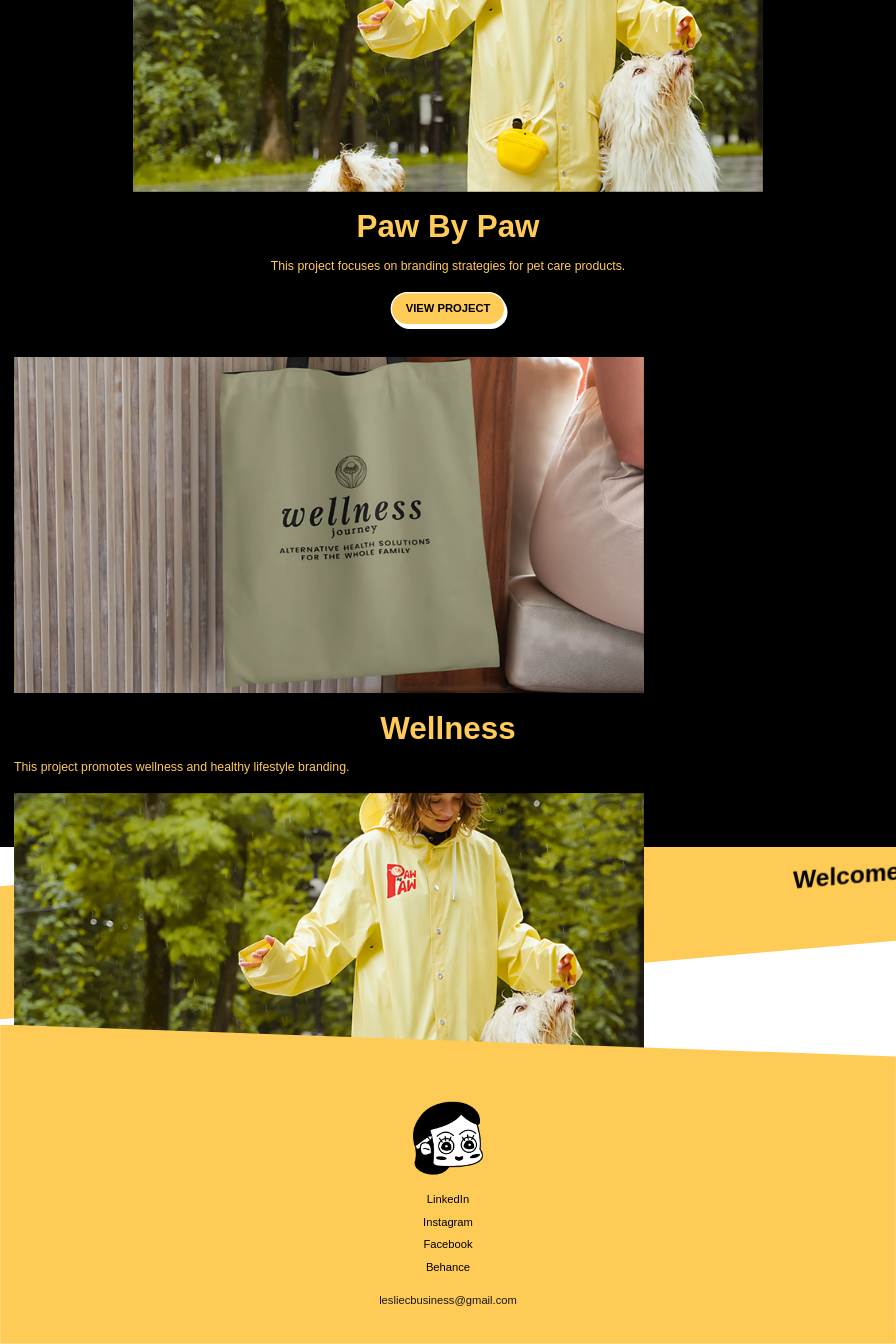
Repository: leslie179/portfolio-new
Page: /
The author's editor kept a copy of each file at every save. The page is drawn from the files as they stood at one save, then again after the next save.
The browser window is 1280 px wide. The pictures show the part of the page from y = 1080 to 3000 px (the page is 3000 px tall), at 70% of full size.
The project was rebuilt for these pictures with package versions that can differ from the ones it lists, and the page was loaded fresh each time. The framework's server and built-in components were replaced by stand-ins that run in the browser. Also part of the build but not shown: next.config.mjs.

Above is the page before, as saved 2025-01-20 14:31:59.

After the next save:
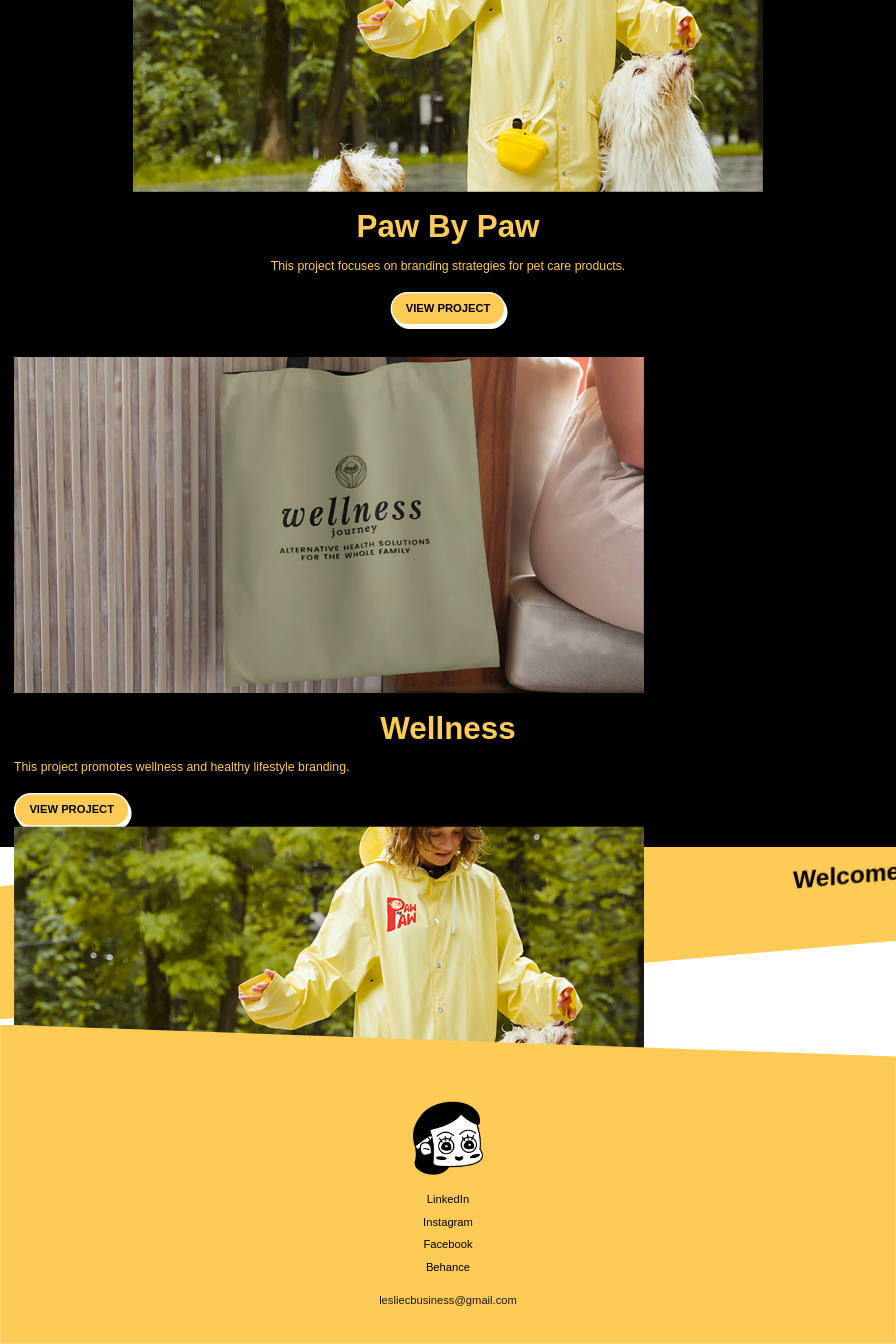
Saved 7 s later.
--- a/components/BlockThree/index.js
+++ b/components/BlockThree/index.js
@@ -7,13 +7,13 @@
             <img src="/site-photos/Wellness-Journey2.png" alt="Wellness Branding" />
             <h2 className={styles.h2}>Wellness</h2>
             <p className={styles.pp}>This project promotes wellness and healthy lifestyle branding.</p>
+            <button className={styles.button}>VIEW PROJECT</button>
 
 
 
             <img src="/site-photos/pawpaw.png" alt="Paw By Paw Branding" />
             <h2 className={styles.h2}>Paw By Paw</h2>
             <p className={styles.pp}>This project focuses on branding strategies for pet care products.</p>
-            <button className={styles.button}>VIEW PROJECT</button>
         </div>
     );
 };
